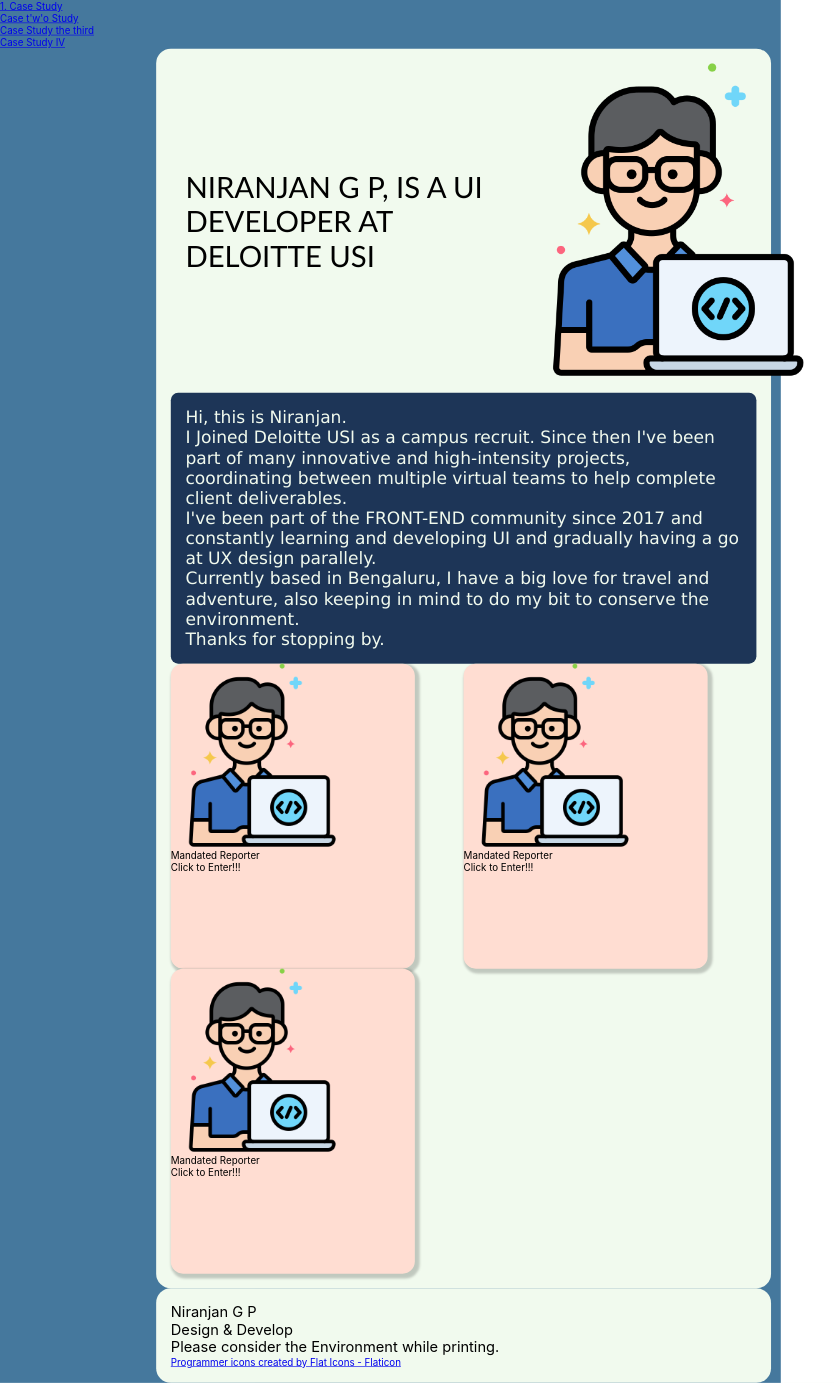
Repository: niranjangp/portfolioReact
Page: /
The author's editor kept a copy of each file at every save. The page is drawn from the files as they stood at one save, then again after the next save.
The browser window is 1280 px wide. The page is 1368 px wide, so the pictures cover 1368 px, including what lies to the right of the window. The pictures show the whole page, at 61% of full size.
The project was rebuilt for these pictures with package versions that can differ from the ones it lists, and the page was loaded fresh each time. Also part of the build but not shown: src/pages/csOne.jsx, src/pages/notFound.jsx.

Above is the page before, as saved 2022-01-31 20:49:56.

### public/index.html
<!DOCTYPE html>
<html lang="en">
  <head>
    <meta charset="utf-8" />
    <!--<link rel="icon" href="%PUBLIC_URL%/favicon.ico" />-->
    <meta name="viewport" content="width=device-width, initial-scale=1" />
    <meta name="theme-color" content="#000000" />
    <meta
      name="description"
      content="Web site created using create-react-app"
    />
    <!--<link rel="apple-touch-icon" href="%PUBLIC_URL%/logo192.png" />-->
    <!--
      manifest.json provides metadata used when your web app is installed on a
      user's mobile device or desktop. See https://developers.google.com/web/fundamentals/web-app-manifest/
    -->
    <link rel="manifest" href="%PUBLIC_URL%/manifest.json" />
    <!--
      Notice the use of %PUBLIC_URL% in the tags above.
      It will be replaced with the URL of the `public` folder during the build.
      Only files inside the `public` folder can be referenced from the HTML.

      Unlike "/favicon.ico" or "favicon.ico", "%PUBLIC_URL%/favicon.ico" will
      work correctly both with client-side routing and a non-root public URL.
      Learn how to configure a non-root public URL by running `npm run build`.
    -->
    <title>Portfolio</title>
  </head>
  <body>
    <noscript>You need to enable JavaScript to run this app.</noscript>
    <div id="root"></div>
    <!--
      This HTML file is a template.
      If you open it directly in the browser, you will see an empty page.

      You can add webfonts, meta tags, or analytics to this file.
      The build step will place the bundled scripts into the <body> tag.

      To begin the development, run `npm start` or `yarn start`.
      To create a production bundle, use `npm run build` or `yarn build`.
    -->
  </body>
</html>

### src/index.css
body {
  margin: 0;
  font-family: -apple-system, BlinkMacSystemFont, 'Segoe UI', 'Roboto', 'Oxygen',
    'Ubuntu', 'Cantarell', 'Fira Sans', 'Droid Sans', 'Helvetica Neue',
    sans-serif;
  -webkit-font-smoothing: antialiased;
  -moz-osx-font-smoothing: grayscale;
  box-sizing: border-box;
}

code {
  font-family: source-code-pro, Menlo, Monaco, Consolas, 'Courier New',
    monospace;
}

p {
  margin: 0;
}

### src/App.js
import './App.css';

import { Route, NavLink, Switch, Redirect } from 'react-router-dom';
import EnterTheDesign from './pages/enterDesign';
import CSOne from './pages/csOne';
import NotFound from './pages/notFound';

function App() {
  const flatIconLink = "https://www.flaticon.com/free-icons/programmer";


  return (
    <div className='App'>
      <div className="containerOne">
        <nav className='navigation'>
          <div>
            <NavLink activeClassName="link-sel" to="/cs-one">1. Case Study</NavLink>
          </div>
          <div>
            <NavLink activeClassName="link-sel" to="/cs-two">Case t'w'o Study</NavLink>
          </div>
          <div>
            <NavLink activeClassName="link-sel" to="/cs-three">Case Study the third</NavLink>
          </div>
          <div>
            <NavLink activeClassName="link-sel" to="/cs-three">Case Study IV</NavLink>
          </div>


        </nav>
        <main className='mainOne'>
          <Switch>
            <Route exact path="/" ><Redirect to="/enter-the-design" /></Route>
            <Route path="/enter-the-design" ><EnterTheDesign /></Route>
            <Route exact path="/cs-one" ><CSOne /></Route>

            <Route path="*"><NotFound /></Route>
          </Switch>
          {/*<div className='firstRow'>
            <div className="width-60">
              <p className='fr-info'>NIRANJAN G P, IS A UI DEVELOPER AT DELOITTE USI</p>
            </div>
            <div className="width-40 img-block">
              <img src={avatarIcon} alt="avatar-icon" className='avtr-img' />
            </div>
          </div>
          <div className='sec-row'>
            <p>Hi, this is Niranjan.</p>
            <p>I Joined Deloitte USI as a campus recruit. Since then I've been part of many innovative and high-intensity projects, coordinating between multiple virtual teams to help complete client deliverables.</p>
            <p>I've been part of the FRONT-END community since 2017 and constantly learning and developing UI and gradually having a go at UX design parallely.</p>
            <p>Currently based in Bengaluru, I have a big love for travel and adventure, also keeping in mind to do my bit to conserve the environment.</p>
            <p>Thanks for stopping by.</p>
          </div>*/}

        </main>
        <footer>
          <div className='footer-info'>
            <p>Niranjan G P</p>
            <p>Design & Develop</p>
            <p>Please consider the Environment while printing.</p>
          </div>
          <div>
            <a href={flatIconLink} title="programmer icons">Programmer icons created by Flat Icons - Flaticon</a>
            {/*<a target="_blank" rel="noopener noreferrer" href={avatarLink}>Avatar</a> icon by <a target="_blank" rel="noopener noreferrer" href={icon8link}>Icons8</a>*/}
          </div>
        </footer>
      </div>

    </div>
  );
}

export default App;

### src/App.css
.containerOne {
  background-color: #45789d;
}

.mainOne {
  width: 75%;
  margin-left: 20%;
  background-color: #F1FAEE;
  height: 100%;
  border-radius: 1.5rem;
  padding:24px;
}

.fr-info {
  font-size: 3rem;
  font-family:'Gill Sans', 'Gill Sans MT', Calibri, 'Trebuchet MS', sans-serif;
  padding: 24px;
}

.firstRow {
  display: flex;
  align-items: center;
  margin-bottom: 1.5rem;
}

.width-60 {
  width: 60%;
}

.width-40 {
  width: 40%;
}

.img-block {
  text-align: center;
}

.sec-row {
  background-color: #1d3557;
  color: #f1faee;
  border-radius: 0.75rem;
  padding: 24px;
  font-family: 'Lucida Sans', 'Lucida Sans Regular', 'Lucida Grande', 'Lucida Sans Unicode', Geneva, Verdana, sans-serif;
  font-size: 28px;
}

.centered {
  margin: 3rem auto;
  text-align: center;
  display: flex;
  justify-content: center;
  align-items: center;
}

.linkSel {
  text-decoration: underline;
  font-weight: bold;
}

.third-row {
  display: flex;
  flex-wrap: wrap;
}

.card-box {
  width: 50%;
}

.card {
  width: 400px;
  height: 500px;
  background-color: #ffddd2;
  border-radius: 20px;
  box-shadow: 4px 4px 4px 4px rgba(0, 0, 0, 0.2);
}

.card:hover {
  box-shadow: 4px 4px 4px 8px rgba(0, 0, 0, 0.2);
}

.card-icon {
  width: 300px;
}

footer {
  width: 75%;
  margin-left: 20%;
  background-color: #F1FAEE;
  height: 100%;
  border-radius: 1.5rem;
  padding:24px;
}
.footer-info {
  font-size: 1.5rem;
}

/*.containerOne {
  background-color: #F1FAEE;
}
.mainOne {
  background-color: #a8dadc;
  width: 75%;
  margin-left: 20%;
  /-*background-color: #45789d;*-/
  height: 660px;
}

.p1 {
  color: #1d3557;
}
.p2 {
  color: #f1faee;
}*/

/*.App-logo {
  height: 40vmin;
  pointer-events: none;
}

@media (prefers-reduced-motion: no-preference) {
  .App-logo {
    animation: App-logo-spin infinite 20s linear;
  }
}

.App-header {
  background-color: #282c34;
  min-height: 100vh;
  display: flex;
  flex-direction: column;
  align-items: center;
  justify-content: center;
  font-size: calc(10px + 2vmin);
  color: white;
}

.App-link {
  color: #61dafb;
}*/

@keyframes App-logo-spin {
  from {
    transform: rotate(0deg);
  }
  to {
    transform: rotate(360deg);
  }
}

### src/pages/enterDesign.jsx
import React from 'react';
import Icons from '../assets/programmer.png';

const enterDesign = () => {
    const avatarIcon = Icons;

    const navtoCardDet = () => {
        try {
            console.log('inside card det func');
        } catch (e) {
            console.log('Error in navToCardDet', e.stack());
        }
    }

    return (
        <React.Fragment>
            <div className='firstRow'>
                <div className="width-60">
                    <p className='fr-info'>NIRANJAN G P, IS A UI DEVELOPER AT DELOITTE USI</p>
                </div>
                <div className="width-40 img-block">
                    <img src={avatarIcon} alt="avatar-icon" className='avtr-img' />
                </div>
            </div>
            <div className='sec-row'>
                <p>Hi, this is Niranjan.</p>
                <p>I Joined Deloitte USI as a campus recruit. Since then I've been part of many innovative and high-intensity projects, coordinating between multiple virtual teams to help complete client deliverables.</p>
                <p>I've been part of the FRONT-END community since 2017 and constantly learning and developing UI and gradually having a go at UX design parallely.</p>
                <p>Currently based in Bengaluru, I have a big love for travel and adventure, also keeping in mind to do my bit to conserve the environment.</p>
                <p>Thanks for stopping by.</p>
            </div>
            <div className='third-row'>
                <div className='card-box'>
                    <div className="card" onClick={navtoCardDet}>
                        <img src={avatarIcon} alt="card-icon" className='card-icon' />
                        <p>Mandated Reporter</p>
                        <p>Click to Enter!!!</p>
                    </div>
                </div>
                <div className='card-box'>
                    <div className="card" onClick={navtoCardDet}>
                        <img src={avatarIcon} alt="card-icon" className='card-icon' />
                        <p>Mandated Reporter</p>
                        <p>Click to Enter!!!</p>
                    </div>
                </div>
                <div className='card-box'>
                    <div className="card" onClick={navtoCardDet}>
                        <img src={avatarIcon} alt="card-icon" className='card-icon' />
                        <p>Mandated Reporter</p>
                        <p>Click to Enter!!!</p>
                    </div>
                </div>
            </div>
        </React.Fragment>
    )
};

export default enterDesign;

Loaded but not shown: src/index.js (common file); src/reportWebVitals.js (common file)

After the next save:
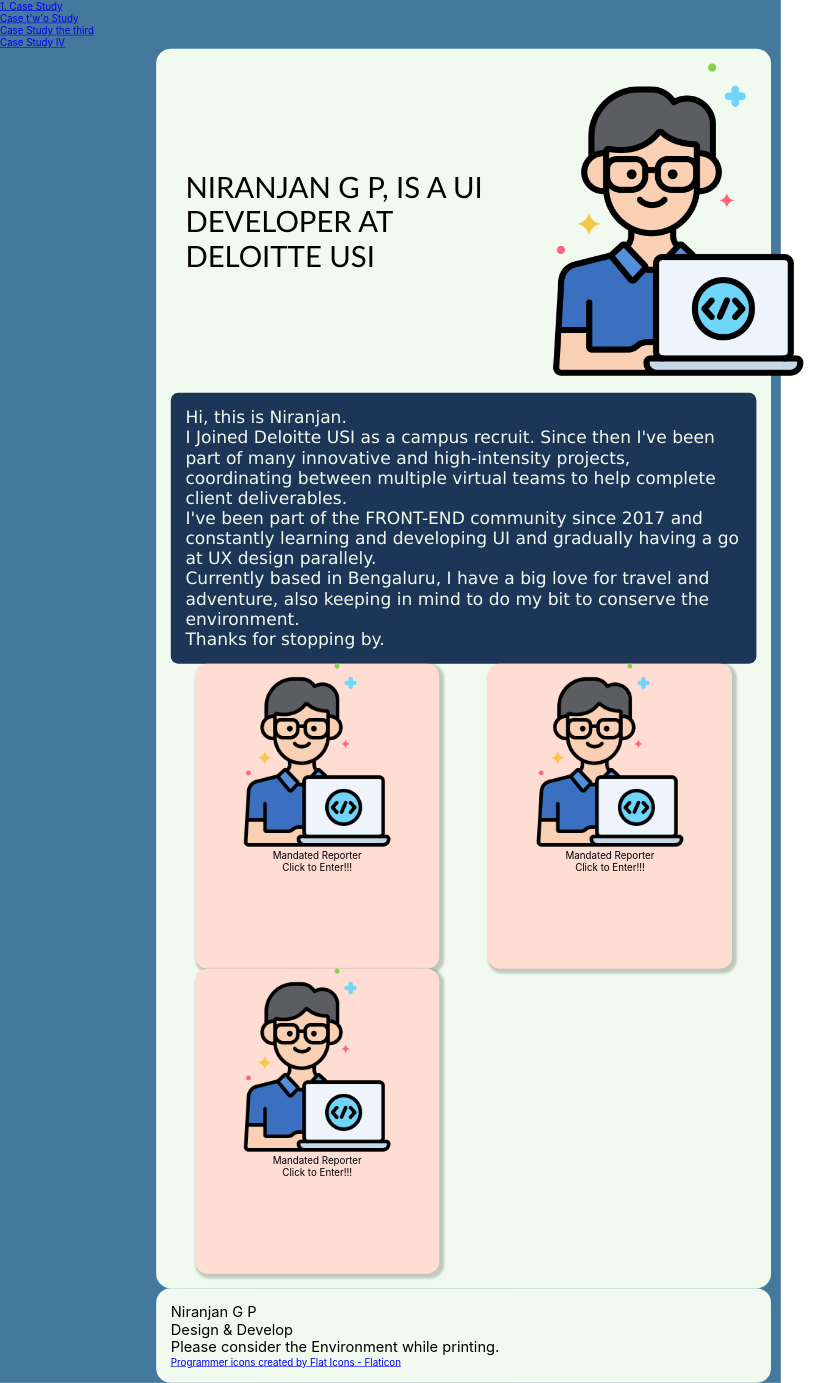
Saved 2 min 25 s later.
--- a/src/App.css
+++ b/src/App.css
@@ -64,6 +64,7 @@
 
 .card-box {
   width: 50%;
+  text-align: center;
 }
 
 .card {
@@ -72,6 +73,7 @@
   background-color: #ffddd2;
   border-radius: 20px;
   box-shadow: 4px 4px 4px 4px rgba(0, 0, 0, 0.2);
+  margin: 0 auto;
 }
 
 .card:hover {
